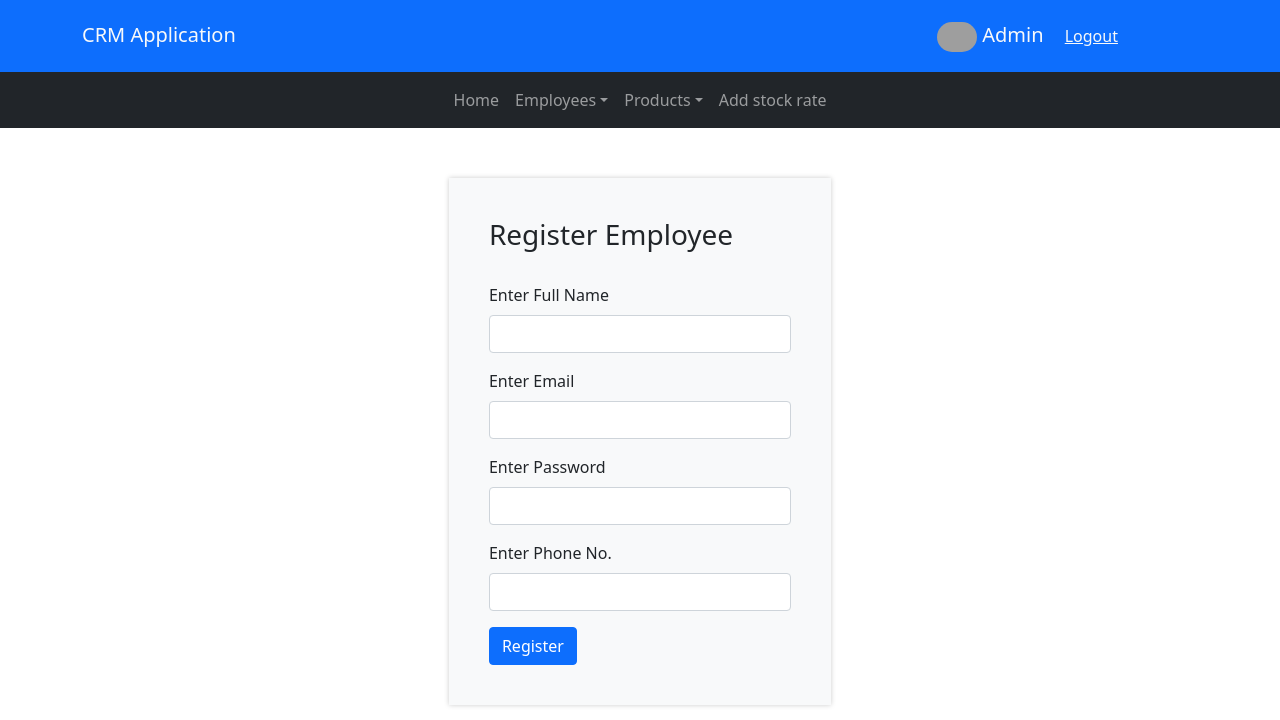
Repository: DevloperSudip/Insight-Dashboard
Page: http://localhost/DashProject/WEB-INF/views/forcastdata.jsp
These files come from the project's save history. The page is drawn as it stood at one moment and after the next save; the edit follows.
The browser window is 1280 px wide. The pictures show the whole page.
Pictures or frames that could not be fetched are drawn as grey boxes. The page is served by Tomcat 10. Nobody is signed in. Other server files are loaded and not shown. The template is opened directly, without the code that normally fills it, so the values that code supplies are empty.

Above is the page before, as saved 2024-04-24 09:28:58.

### DashProject_FinalProject/DashProject/src/main/webapp/WEB-INF/views/forcastdata.jsp
<%@ page language="java" contentType="text/html; charset=ISO-8859-1"
	pageEncoding="ISO-8859-1"%>

<%@ taglib prefix="c" uri="http://java.sun.com/jsp/jstl/core"%>
<%@taglib prefix="form" uri="http://www.springframework.org/tags/form"%>

<!DOCTYPE html>
<html lang="en">
	<head>
		<title>Bootstrap Example</title>
		<meta charset="utf-8">
		<meta name="viewport" content="width=device-width, initial-scale=1">
		<link href="https://cdn.jsdelivr.net/npm/bootstrap@5.0.2/dist/css/bootstrap.min.css" rel="stylesheet" />
		<script src="https://cdn.jsdelivr.net/npm/bootstrap@5.0.2/dist/js/bootstrap.bundle.min.js"></script>

		<link rel="stylesheet" type="text/css" href="css/style.css" />
	</head>
	<body>
		<jsp:include page="header-admin.jsp" />

		<div class="container-fluid">
			<div class="container">

				<c:if test="${not empty model_success}">
					<div class="row">
						<div class="alert alert-success alert-dismissible fade show"
							role="alert">
							${model_success}
							<button type="button" class="btn-close" data-bs-dismiss="alert"
								aria-label="Close"></button>
						</div>
					</div>
				</c:if>

				<c:if test="${not empty model_error}">
					<div class="row">
						<div class="alert alert-danger alert-dismissible fade show"
							role="alert">
							${model_error}
							<button type="button" class="btn-close" data-bs-dismiss="alert"
								aria-label="Close"></button>
						</div>
					</div>
				</c:if>

				<div class="row">
					<div class="col-3"></div>
					<div class="col-6 d-flex justify-content-center">
						<div class="addemp_div_design bg-light">
							<h3>Register Employee</h3>
							<br />
							<form:form action="addEmpForm" method="post" modelAttribute="modelEmpAttr">
								<div class="mb-3">
									<label class="form-label">Enter Full Name</label>
									<form:input path="name" cssClass="form-control" />
									<form:errors path="name" cssClass="error_message_design" />
								</div>
								<div class="mb-3">
									<label class="form-label">Enter Email</label>
									<form:input path="email" cssClass="form-control" />
									<form:errors path="email" cssClass="error_message_design" />
								</div>
								<div class="mb-3">
									<label class="form-label">Enter Password</label>
									<form:password path="password" cssClass="form-control" />
									<form:errors path="password" cssClass="error_message_design" />
								</div>
								<div class="mb-3">
									<label class="form-label">Enter Phone No.</label>
									<form:input path="phoneno" cssClass="form-control" />
									<form:errors path="phoneno" cssClass="error_message_design" />
								</div>
								<input type="submit" value="Register" class="btn btn-primary" />
							</form:form>
						</div>
					</div>
					<div class="col-3"></div>
				</div>
			</div>
		</div>

	</body>
</html>

### DashProject_FinalProject/DashProject/src/main/webapp/WEB-INF/views/header-admin.jsp
<%@ page language="java" contentType="text/html; charset=ISO-8859-1"
    pageEncoding="ISO-8859-1"%>
<!DOCTYPE html>
<html>
	<head>
		<meta charset="ISO-8859-1">
		<title>Insert title here</title>
	</head>
	<body>
		<div class="container-fluid bg-primary header_design">
            <div class="container">
                <div class="row">
                    <div class="col-3">
                        <a href="profileAdmin" class="navbar-brand text-light"> CRM Application </a>
                    </div>
                    <div class="col-6"> </div>
                    <div class="col-3">
                        <a class="navbar-brand text-light" href="#">
                            <img src="images/admin_profile_pic.png" alt="Welcome Admin" style="width:40px;" class="rounded-pill">
                            Admin
                        </a>
                        <a href="logout" class="text-light"> Logout </a>
                    </div>
                </div>
            </div>
        </div>

        <nav class="navbar navbar-expand-sm bg-dark navbar-dark container-fluid">
            <div class="container">
                <button class="navbar-toggler" type="button" data-bs-toggle="collapse" data-bs-target="#collapsibleNavbar">
                    <span class="navbar-toggler-icon"></span>
                </button>
                <div class="collapse navbar-collapse justify-content-center" id="collapsibleNavbar">
                    <ul class="navbar-nav">
                    	<li class="nav-item">
                            <a class="nav-link" href="profileAdmin">Home</a>
                        </li>
                        <li class="nav-item dropdown">
                            <a class="nav-link dropdown-toggle" href="#" role="button" data-bs-toggle="dropdown">Employees</a>
                            <ul class="dropdown-menu">
                                <li><a class="dropdown-item" href="addEmployee">Add Employee</a></li>
                                <li><a class="dropdown-item" href="emplist">Employee's List</a></li>
                            </ul>
                        </li>
                        <li class="nav-item dropdown">
                            <a class="nav-link dropdown-toggle" href="#" role="button" data-bs-toggle="dropdown">Products</a>
                            <ul class="dropdown-menu">
                                <li><a class="dropdown-item" href="addProducts">Add Products</a></li>
                                <li><a class="dropdown-item" href="productsList">Products's List</a></li>
                            </ul>
                        </li>
                        <li class="nav-item">
                            <a class="nav-link" href="saleCourse">Add stock rate</a>
                        </li>
                    </ul>
                </div>
            </div>
        </nav>
	</body>
</html>

### DashProject_FinalProject/DashProject/src/main/resources/static/css/style.css
.header_design
{
    height: auto;
    width: 100%;
    float: left;
    padding: 20px;
}
.main_page_banner
{
    height: auto;
    width: auto;
    background-image: url('https://c4.wallpaperflare.com/wallpaper/163/392/912/map-wold-map-technology-world-wallpaper-preview.jpg');
    /* opacity: .8; */
    /* background-size: cover; */
}
.main_page_title
{
    float: left;
    margin-top: 80px;
    font-size: 26px;
    color: white;
    text-shadow: 1px 1px 1px #ffff00;
}
.login_div_design
{
    padding: 40px;
    box-shadow: 0px 0px 5px #cccccc;
    float: left;
    margin-top: 50px;
}
.addemp_div_design
{
    width: 70%;
    padding: 40px;
    box-shadow: 0px 0px 5px #cccccc;
    float: left;
    margin-top: 50px;
}
.form_div_design
{
	width: 100%;
	padding: 40px;
	box-shadow: 0px 0px 5px #cccccc;
	float: left;
    margin-top: 20px;
}
.error_message_design
{
	color: red;
	font-size: 14px;
	font-weight: bold;
}
.course_details_div
{
	height: auto;
	width: auto;
	padding: 20px;
	box-shadow: 0px 0px 5px #cccccc;
}

### DashProject_FinalProject/DashProject/src/main/webapp/WEB-INF/views/header-employee.jsp
<%@ page language="java" contentType="text/html; charset=ISO-8859-1"
    pageEncoding="ISO-8859-1"%>
<!DOCTYPE html>
<html>
	<head>
		<meta charset="ISO-8859-1">
		<title>Insert title here</title>
	</head>
	<body>
		<div class="container-fluid bg-primary header_design">
            <div class="container">
                <div class="row">
                    <div class="col-3">
                        <a href="homeEmployee" class="navbar-brand text-light"> CRM Application </a>
                    </div>
                    <div class="col-6"> </div>
                    <div class="col-3">
                        <a class="navbar-brand text-light" href="profileEmployee">
                            <img src="images/admin_profile_pic.png" alt="" style="width:40px;" class="rounded-pill">
                            ${session_employee.getName()}
                        </a>
                        <a href="logout" class="text-light"> Logout </a>
                    </div>
                </div>
            </div>
        </div>

        <nav class="navbar navbar-expand-sm bg-dark navbar-dark container-fluid">
            <div class="container">
                <button class="navbar-toggler" type="button" data-bs-toggle="collapse" data-bs-target="#collapsibleNavbar">
                    <span class="navbar-toggler-icon"></span>
                </button>
                <div class="collapse navbar-collapse justify-content-center" id="collapsibleNavbar">
                    <ul class="navbar-nav">
                    	<li class="nav-item">
                            <a class="nav-link" href="homeEmployee">Home</a>
                        </li>
                       <!--  <li class="nav-item">
                            <a class="nav-link" href="customerEnquiryPage">Customer's Enquiry</a>
                        </li>
                        <li class="nav-item">
                            <a class="nav-link" href="customerFolloupPage">Customer Follow Ups</a>
                        </li> -->
                    <li class="nav-item">
                            <a class="nav-link" href="forcast">Current share status</a>
                        </li>
                    </ul>
                </div>
            </div>
        </nav>
	</body>
</html>

After the next save:
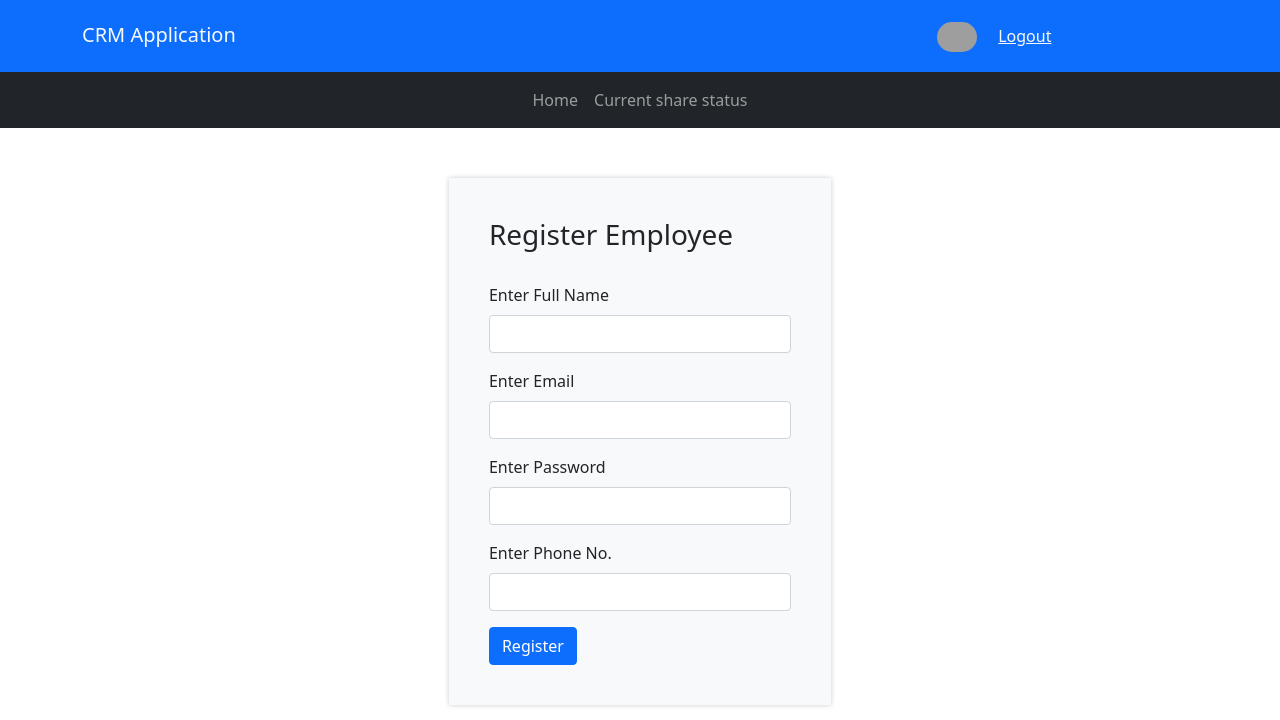
Saved 21 s later.
--- a/DashProject_FinalProject/DashProject/src/main/webapp/WEB-INF/views/forcastdata.jsp
+++ b/DashProject_FinalProject/DashProject/src/main/webapp/WEB-INF/views/forcastdata.jsp
@@ -16,7 +16,7 @@
 		<link rel="stylesheet" type="text/css" href="css/style.css" />
 	</head>
 	<body>
-		<jsp:include page="header-admin.jsp" />
+		 <jsp:include page="header-employee.jsp" />
 
 		<div class="container-fluid">
 			<div class="container">
